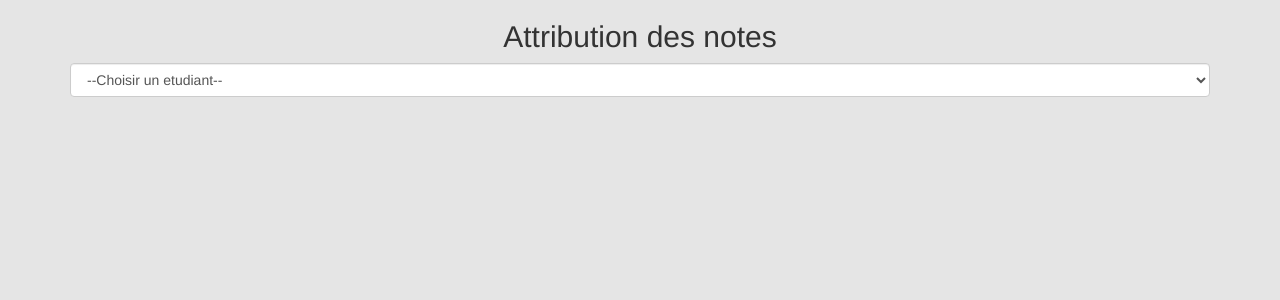
Repository: mitantsoa1/CRUD-note
Page: http://localhost/note
These files come from the project's save history. The page is drawn as it stood at one moment and after the next save; the edit follows.
The browser window is 1280 px wide. The pictures show the whole page.
The page is run by PHP 8.4 with error messages shown; the project is at /var/www/html/. The database holds what the project's SQL file puts in it.

Above is the page before, as saved 2021-02-12 12:39:23.
Console error: SyntaxError: Unexpected token '<'

### index.php
<?php

require_once ("Controls/Controllers.class.php");
// require_once ("Models/Database.class.php");
// Database::init("localhost","stage","root","");

if(isset($_GET['action'])){
    if(method_exists("Controllers",$_GET['action'])){
        $reflect = new ReflectionMethod("Controllers",$_GET['action']);
        $class = "Controllers";
        $reflect -> invoke(new $class);
    }else{
        Controllers::loadView("erreur.php");
    }
}else{
    Controllers::loadView("indexView.php");
}

?>

### Controls/Controllers.class.php
<?php
	class Controllers{

		public static function loadView($page){
			$page = htmlspecialchars(trim($page)) ;
			include("Views/".$page) ;
		}
		public function index(){
			Controllers::loadView("indexView");
		}
		// pour inclure les portions de page
		public static function includeTemplate($template)
		{
			$template = htmlspecialchars(trim($template));
			include "Views/template_parts/" . $template;
		}
		// inclure du JavaScript
		public static function includeJS($fields)
		{
			$script = "";
			for ($i = 0; $i < count($fields) - 1; $i++) {
				$code = htmlspecialchars(trim($fields[$i]));
				$script .= '<script src="Publics/js/' . $code . '.js"></script>' . "\n\t";
			}
			if ($i == count($fields) - 1) {
				$code = htmlspecialchars(trim($fields[count($fields) - 1]));
				$script .= '<script src="Publics/js/' . $code . '.js"></script>' . "\n";
			}
			echo $script;
		}
		// inclure du CSS
		public static function includeCSS($fields)
		{
			$css = "";
			for ($i = 0; $i < count($fields) - 1; $i++) {
				$code = htmlspecialchars(trim($fields[$i]));
				$css .= '<link rel="stylesheet" href="Publics/css/' . $code . '.css">' . "\n\t";
			}
			if ($i == count($fields) - 1) {
				$code = htmlspecialchars(trim($fields[count($fields) - 1]));
				$css .= '<link rel="stylesheet" href="Publics/css/' . $code . '.css">' . "\n";
			}
			echo $css;
		}

		public function note(){
			Controllers::loadView("note2.php");
		}
		public function matiere(){
			Controllers::loadView("matiere.php");
		}
	}

 ?>

### Views/note2.php
<!DOCTYPE html>
<html lang="en">
<head>
    <meta charset="UTF-8">
    <meta http-equiv="X-UA-Compatible" content="IE=edge">
    <meta name="viewport" content="width=device-width, initial-scale=1.0">
    <title>NOTE</title>
    <?php
Controllers::includeCSS(["all","bootstrap.min","sweetalert2.min","style","util"]);
?>
</head>
<body>
    <div class="container note-content">
        <h2 class="text-center">Attribution des notes</h2>
        <form action="" id="formulaire">
            <?php
                include('Models/Database.class.php');
                $db = new Database();
                $tab = $db->select("etudiant")
                            ->execute(null);
                echo "<div class='form-group'> <select id='select_etudiant_note' class='form-control'>
                 <option value='choisir' selected='selected'>--Choisir un etudiant--</option>";

                    for($i=0;$i<count($tab);$i++){
                        echo"
                            <option value='".$tab[$i]->id."'>".$tab[$i]->nom." ".$tab[$i]->prenom."</option>
                        ";
                    }

                echo "</select></div>";


            ?>
        </form>
    </div>


 <?php
Controllers::includeJS(["jquery","bootstrap.min","all","sweetalert2.min","form-plugin","note","function"]);
?>
</body>
</html>

### Models/Database.class.php
<?php
class Database{
	private $query,$nombreParam, $lastTable;
	private static $conn,$host,$base,$user,$pass,$port ;
		// bd = new PDO("mysql:host=localhost;dbname=nom","user","pass")
		// initialisation
	public static function init($hote,$base,$port,$user,$pass) {
		self::$host=htmlspecialchars(trim($hote)) ;
		self::$base=htmlspecialchars(trim($base)) ;
		self::$user=htmlspecialchars(trim($user)) ;
		self::$pass=htmlspecialchars(trim($pass)) ;

	}
	public static function db() {
		$options = array(PDO::MYSQL_ATTR_INIT_COMMAND => 'SET NAMES utf8',
);


		$url ="mysql:host=".self::$host.";port=".self::$port.";dbname=".self::$base;
		if(!isset(self::$conn)) {
			self::$conn = new PDO($url,self::$user,self::$pass,$options);
		}
		return self::$conn ;

	}
		// execution du requete
	public function execute($value=null) {

			// tester s'il y des trous dans les requetes
			// si c'est une requete de selection
		if (strpos($this->query,"SELECT")>-1) {

			if (strpos($this->query,"?")>-1 ){
				$req = self::db()->prepare($this->query) ;
				$req->execute($value) ;
			}
			else {
				$req = self::db()->query($this->query) ;
			}


			return $req->fetchAll(PDO::FETCH_OBJ);
		}
		else {
			if (strpos($this->query,"?")>-1 ){
				$req = self::db()->prepare($this->query) ;
				$req->execute($value) ;

			}
			else {
				self::db()->query($this->query) ;
			}


			return 0 ;
		}



	}
	public function getQuery() {
		echo $this->query ;
	}
	public function select($table){
		$table=htmlspecialchars(trim($table)) ;
		$this->query = "SELECT * FROM ".$table ;
		$this->lastTable =$table ;
		return $this ;
	}
	public function where($id,$operateur){
		$this->query .= " WHERE ".$id."".$operateur."?";

		return $this ;
	}
	public function et($id,$operateur) {
		$this->query .= " AND ".$id."".$operateur."?";

		return $this ;
	}
	public function ou($id,$operateur) {
		$this->query .= " OR ".$id."".$operateur."?";

		return $this ;
	}
		// insertion
	public function insert($table) {
		$this->query="INSERT INTO ".$table ;
		return $this ;
	}
	// mise à jours
	public function update($table) {
		$this->query="UPDATE ".$table ;
		return $this ;
	}
	public function parametters($fields) {
		if (strpos($this->query,"INSERT")>-1){
			// insertion
			$listeFields="(" ;
			$valeur="VALUES (" ;
			for ($i=0; $i <count($fields) ; $i++) {
				$listeFields.=$fields[$i]."," ;
				$valeur.="?," ;
			}

			$listeFields=trim($listeFields,",").")" ;

			$valeur=trim($valeur,",").")" ;
			$this->query.=" ".$listeFields ;
			$this->query.=" ".$valeur ;
		}
		else if (strpos($this->query,"UPDATE")>-1){
			$listeFields="SET " ;
			for ($i=0; $i <count($fields); $i++) {
				$listeFields.=$fields[$i]."=?," ;
			}
			$listeFields=trim($listeFields,",") ;
			$this->query.=" ".$listeFields ;
		}

		return $this ;
	}

		// suppréssion
	public function delete($table) {
		$table=htmlspecialchars(trim($table)) ;
		$this->query=" DELETE FROM ".$table;
		return $this ;
	}
	public function order($param) {
		$this->query.=" ORDER BY " ;
		$listeOrder="" ;
		foreach ($param as $key => $value) {
			$listeOrder.=$key. " ".$value."," ;
		}
		$listeOrder=trim($listeOrder,",") ;
		$this->query.=$listeOrder ;
		return $this ;
	}
	public function inner($table2,$id1) {
		$table2=htmlspecialchars(trim($table2)) ;
		$id1= htmlspecialchars(trim($id1)) ;

		$this->query.=" INNER JOIN ".$table2." ON ".$this->lastTable.".".$id1."=".$table2.".".$id1 ;
		$this->lastTable=$table2;
		return $this;
	}
	// inner join id différent
	public function innerD($table2,$id1,$id2) {
		$table2=htmlspecialchars(trim($table2)) ;
		$id1= htmlspecialchars(trim($id1)) ;

		$this->query.=" INNER JOIN ".$table2." ON ".$this->lastTable.".".$id1."=".$table2.".".$id2 ;
		$this->lastTable=$table2;
		return $this;
	}
	public function sum($table,$fields) {
		$fields = htmlspecialchars(trim($fields)) ;
		$table = htmlspecialchars(trim($table)) ;
		$this->query="SELECT SUM(".$fields.") AS somme FROM ".$table ;
		return $this ;
	}
	// selection avec paramètre
	public function selectParam($table,$listeFields) {
		$reqBase ="SELECT " ;
		for ($i=0; $i <count($listeFields) ; $i++) {
			$reqBase.=$listeFields[$i]."," ;
		}
		$this->query = trim($reqBase,",")." FROM ".$table;
		return $this ;


	}
	public function customSelect($requete) {
		$req = self::db()->query($requete) ;

		return $req->fetchAll(PDO::FETCH_OBJ);
	}

}
	Database::init("localhost","scolarite","3306","root","");

	//ALTER TABLE `note` ADD `francais` IF NOT EXISTS DOUBLE NOT NULL DEFAULT '0.0'
// $db = new Database();
//  $tab = $db->select("note")
//                     ->innerD("etudiant","id_etudiant","id")
// 					->et("note.id_etudiant","=")
// 					->getQuery();
?>

### Views/erreur.php
<!DOCTYPE html>
<html lang="fr">
<head>
    <meta charset="UTF-8">
    <meta name="viewport" content="width=device-width, initial-scale=1.0">
    <title>Page invalide</title>
</head>
<body>
    <h1>ERROR 404</h1>

        <p>Cette page n'est pas disponible</p>
</body>
</html>

### Controls/ajax.php
<?php
    include("../Models/Database.class.php");
    header('Content-type: application/json');
    $db = new Database();

    if(isset($_POST['data'])){
        $tab = $db->select("etudiant")
                ->execute();
        echo json_encode($tab);
    }

    if(isset($_POST['nom'])){
        $nom = htmlspecialchars(trim($_POST['nom']));
        $prenom = htmlspecialchars(trim($_POST['prenom']));
        $dtn = htmlspecialchars(trim($_POST['date_naissance']));
        $sexe = $_POST['sexe'];

        $db->insert("etudiant")
            ->parametters(["nom","prenom","date_de_naissance","sexe"])
            ->execute([$nom,$prenom,$dtn,$sexe]);
        echo json_encode("ok");
    }

    if(isset($_POST['id_effacer'])){
        $db->delete("etudiant")
            ->where("id","=")
            ->execute([$_POST['id_effacer']]);
        echo json_encode("effacer");
    }

    if(isset($_POST['id_modifier'])){
        $tab=$db->select("etudiant")
            ->where("id","=")
            ->execute([$_POST['id_modifier']]);
        echo json_encode($tab);
    }
    if(isset($_POST['nom_modif'])){
        $nom = htmlspecialchars(trim($_POST['nom_modif']));
        $prenom = htmlspecialchars(trim($_POST['prenom']));
        $dtn = htmlspecialchars(trim($_POST['date_naissance']));
        $sexe = $_POST['sexe'];
        $id = htmlspecialchars(trim($_POST["id"]));

        $db->update("etudiant")
            ->parametters(["nom","prenom","date_de_naissance","sexe"])
            ->where("id","=")
            ->execute([$nom,$prenom,$dtn,$sexe,$id]);
        echo json_encode("ok");
    }

    if(isset($_POST['etudiant'])){
        $tab=$db->select("etudiant")
                ->where("id","=")
                ->execute([$_POST['etudiant']]);
        echo json_encode($tab);
    }

    if(isset($_POST["affiche_matiere"])){
        $tab=$db->select("matiere")
                ->execute(null);
        echo json_encode($tab);
    }

    if(isset($_POST["nom_matiere"])){
        $matiere = htmlspecialchars(trim($_POST["nom_matiere"]));
        $tab=$db->select("matiere")
                ->where("nom_matiere","=")
                ->execute([$matiere]);

                if(count($tab)>0){
                    echo json_encode("non");
                }else{
                    $db->insert("matiere")
                        ->parametters(["nom_matiere"])
                        ->execute([$matiere]);
                        //APINA ALTER TABLE
                    echo json_encode("ok");
                }
    }

    if(isset($_POST['id_mat_effacer'])){
        $db->delete("matiere")
            ->where("id_matiere","=")
            ->execute([$_POST['id_mat_effacer']]);
        echo json_encode("effacer");
    }

    if(isset($_POST['id_mat_modifier'])){
        $tab=$db->select("matiere")
            ->where("id_matiere","=")
            ->execute([$_POST['id_mat_modifier']]);
        echo json_encode($tab);
    }
    if(isset($_POST['nom_mat_modif'])){
        $matiere = htmlspecialchars(trim($_POST['nom_mat_modif']));
        $id = htmlspecialchars(trim($_POST["id"]));

        $db->update("matiere")
            ->parametters(["nom_matiere"])
            ->where("id_matiere","=")
            ->execute([$matiere,$id]);
        echo json_encode("ok");
    }

    if(isset($_POST['affiche_note'])){
        $tab = $db->select("matiere")
                    ->execute(null);

        echo json_encode($tab);

    }

    if(isset($_POST['id_etudiant'])){
        $tab = $db->select("note")
                    ->innerD("etudiant","id_etudiant","id")
                    ->et("note.id_etudiant","=")
                    ->execute([$_POST['id_etudiant']]);

                    echo json_encode($tab);
    }

    if(isset($_POST['tosend'])){
        $fr=htmlspecialchars(trim($_POST['français'])) ;
        $en =htmlspecialchars(trim($_POST['english']));
        $maths =htmlspecialchars(trim( $_POST['mathematiques'])) ;
        $mal =htmlspecialchars(trim($_POST['Malagasy'])) ;

        $db->insert("note")
           ->parametters(["id_etudiant","francais","english","mathematiques","Malagasy"])
           ->execute([6,$fr,$en,$maths,$mal]);
    }

?>

### Publics/css/style.css
body {
    margin: 0;
    padding: 0;
    background: rgba(0, 0, 0, .1);
}

.content {
    width: 50vw;
    min-width: 300px;
    background: white;
    padding: 10px 20px 0 !important;
    margin: 10px auto;
    border: white 1px solid !important;
    border-radius: 10px !important;
}

.content .titre {
    padding: 0;
    margin: 0;
}

.boutton {
    display: block;
    margin: 0 auto;
    width: 100px;
}

#btn_modification {
    margin-left: 30%;
}

.table_etudiant {
    position: relative;
    height: auto;
    max-height: 150px;
    overflow: auto;
}

.table_etudiant thead {
    position: sticky;
    top: 0;
    background: black;
    color: white;
}

### scolarite.sql (the tables this page reads)
CREATE TABLE IF NOT EXISTS `etudiant` (
  `id` int(11) NOT NULL AUTO_INCREMENT,
  `nom` varchar(255) NOT NULL,
  `prenom` varchar(255) NOT NULL,
  `date_de_naissance` date NOT NULL,
  `sexe` varchar(30) NOT NULL,
  PRIMARY KEY (`id`)
) ENGINE=MyISAM AUTO_INCREMENT=9 DEFAULT CHARSET=utf8;

INSERT INTO `etudiant` (`id`, `nom`, `prenom`, `date_de_naissance`, `sexe`) VALUES
(5, 'mitantsoa', 'mi', '2021-01-26', 'femme'),
(8, 'rabe', 'be', '2021-01-25', 'femme');

CREATE TABLE IF NOT EXISTS `matiere` (
  `id_matiere` int(11) NOT NULL AUTO_INCREMENT,
  `nom_matiere` varchar(255) NOT NULL,
  PRIMARY KEY (`id_matiere`)
) ENGINE=MyISAM AUTO_INCREMENT=8 DEFAULT CHARSET=utf8;

INSERT INTO `matiere` (`id_matiere`, `nom_matiere`) VALUES
(1, 'francais'),
(7, 'physique'),
(3, 'mathematiques'),
(6, 'Malagasy');

CREATE TABLE IF NOT EXISTS `note` (
  `id_note` int(11) NOT NULL AUTO_INCREMENT,
  `id_etudiant` int(11) NOT NULL,
  `matiere` varchar(255) NOT NULL,
  `note` int(11) NOT NULL DEFAULT '0',
  PRIMARY KEY (`id_note`)
) ENGINE=MyISAM AUTO_INCREMENT=3 DEFAULT CHARSET=utf8;

INSERT INTO `note` (`id_note`, `id_etudiant`, `matiere`, `note`) VALUES
(1, 5, 'francais', 15),
(2, 8, 'mathematiques', 10);

Loaded but not shown: Publics/css/all.css (library); Publics/css/bootstrap.min.css (library); Publics/css/sweetalert2.min.css (library); Publics/js/jquery.js (library); Publics/js/bootstrap.min.js (library); Publics/js/function.js (201 lines, source omitted); Publics/js/note.js (83 lines, source omitted); Publics/js/form-plugin.js (167 lines, source omitted); Publics/css/util.css (9878 lines, source omitted)

After the next save:
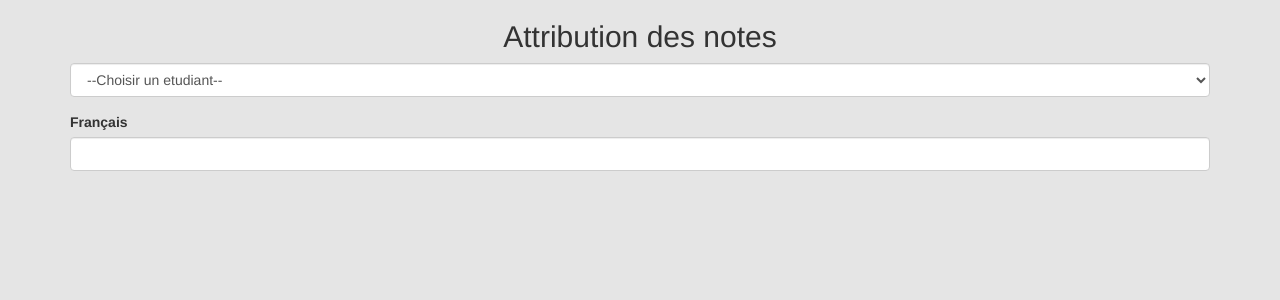
Saved 89 s later.
--- a/Views/note2.php
+++ b/Views/note2.php
@@ -30,7 +30,11 @@ Controllers::includeCSS(["all","bootstrap.min","sweetalert2.min","style","util"]
                 echo "</select></div>";
 
 
+
+
             ?>
+            <label for="">Français</label>
+            <input type="number" id="fr" class="form-control">
         </form>
     </div>
 
